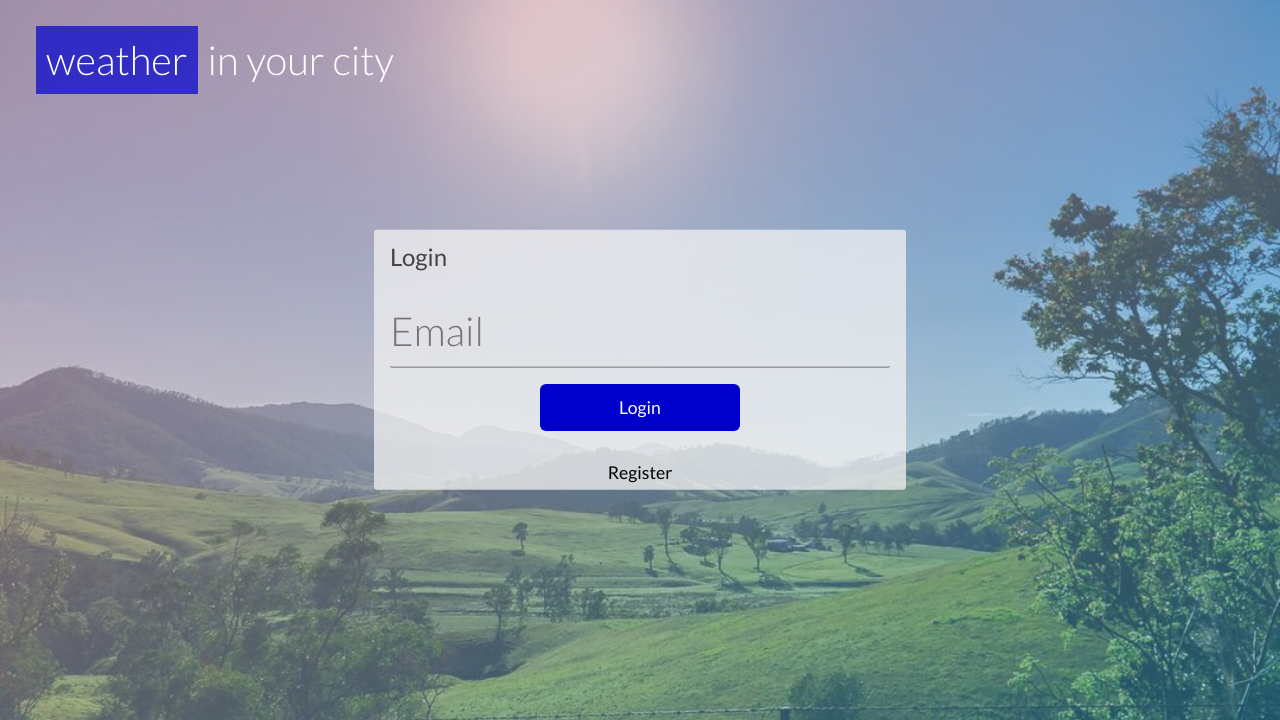
Repository: nosplashurinal/weather-app
Page: /, after clicking the first element matching `button.next`
The author's editor kept a copy of each file at every save. The page is drawn from the files as they stood at one save, then again after the next save.
The browser window is 1280 px wide. The pictures show the whole page.
The project was rebuilt for these pictures with package versions that can differ from the ones it lists, and the page was loaded fresh each time. Also part of the build but not shown: src/components/RecentSearches.vue, src/components/Search.vue, src/components/WeatherDataBlock.vue.

Above is the page before, as saved 2018-12-31 17:20:04.

After the next save:
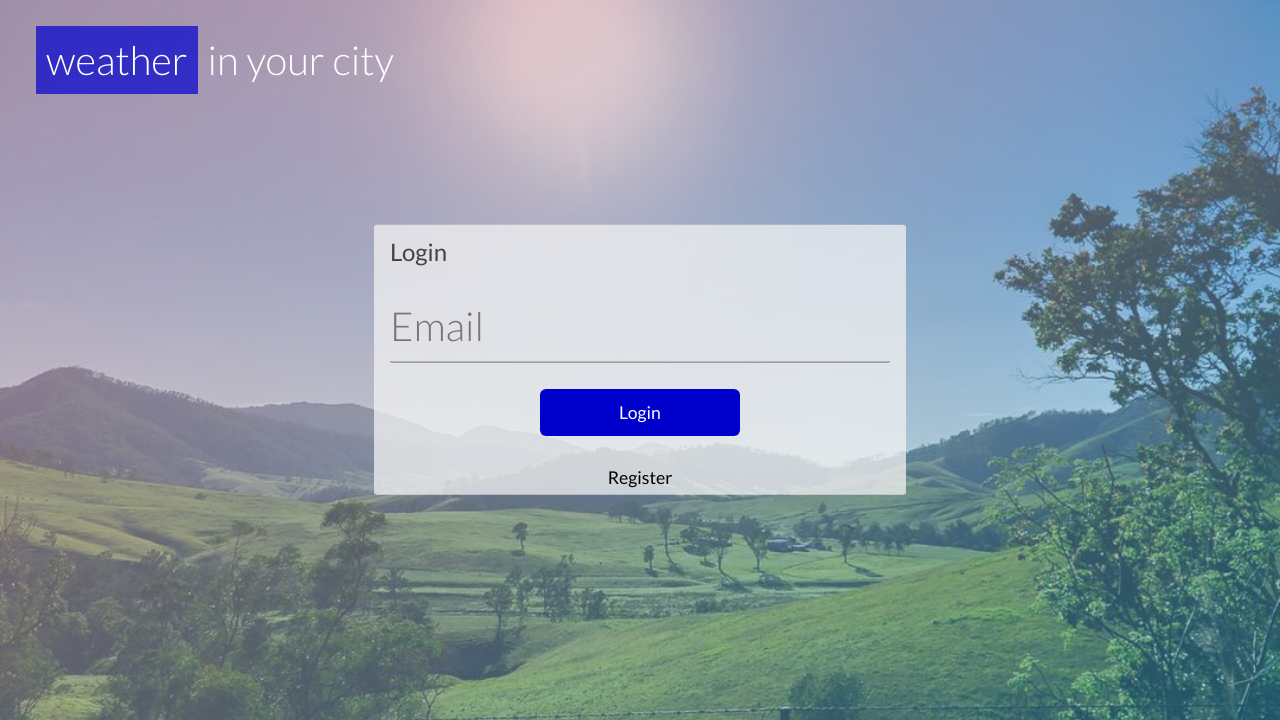
Saved 11 s later.
--- a/src/styles/login.scss
+++ b/src/styles/login.scss
@@ -35,7 +35,7 @@
       height: auto;
       padding: 0;
       padding: 0.3em 0;
-      margin-bottom: 1em;
+      margin-bottom: 1.25em;
       position: relative;
       &:focus {
         background: transparent;
